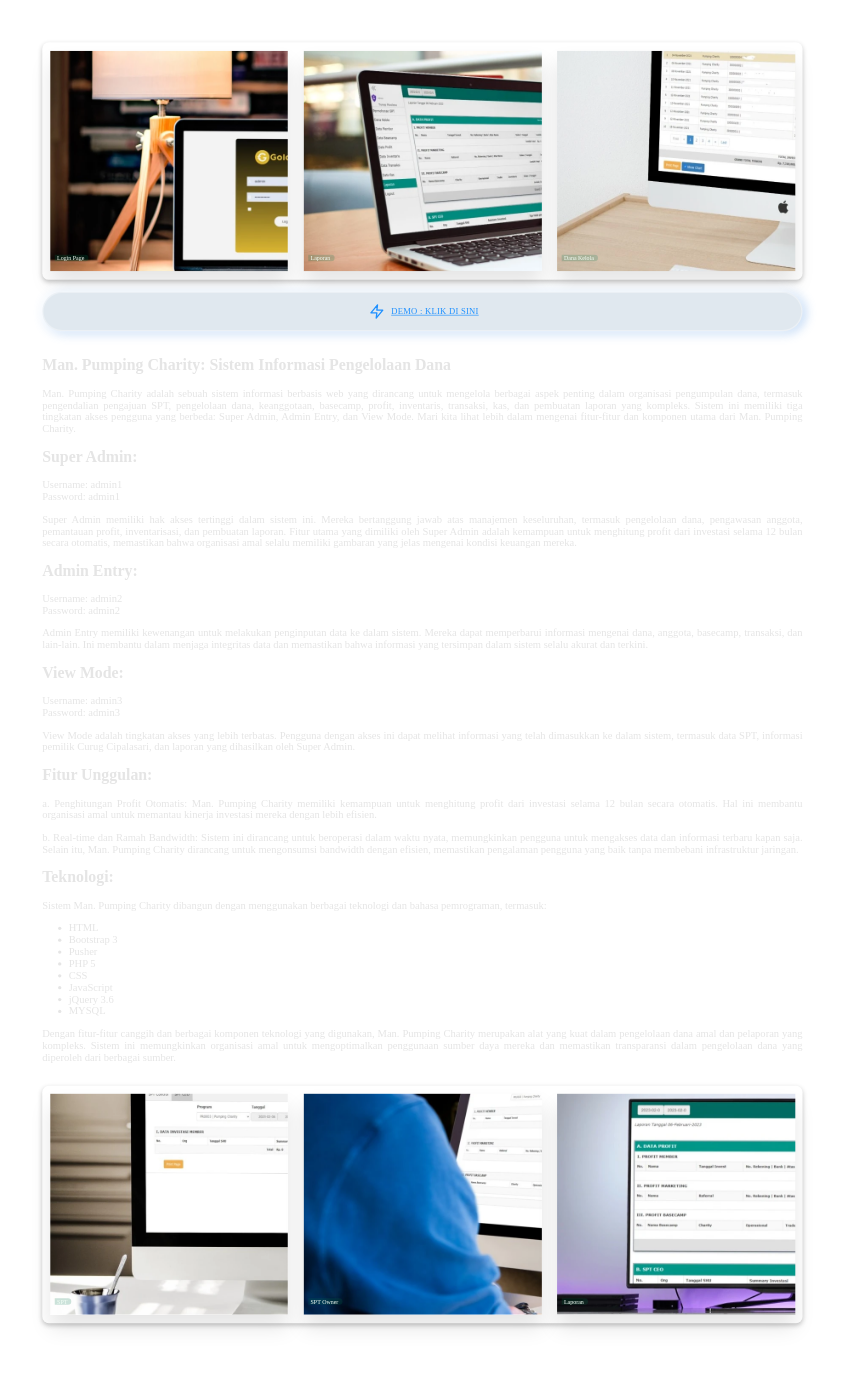
Repository: yusup-maulana/yusup-maulana.github.io
Page: portofolio-manpumping.html
An editor plug-in stored every save of this project. The page is shown before and after the next save, followed by the edit.
The browser window is 1280 px wide. The pictures show the whole page, at 66% of full size.
Some web fonts or font styles are not loaded; a fallback is used.

Above is the page before, as saved 2023-10-06 21:53:45.

After the next save:
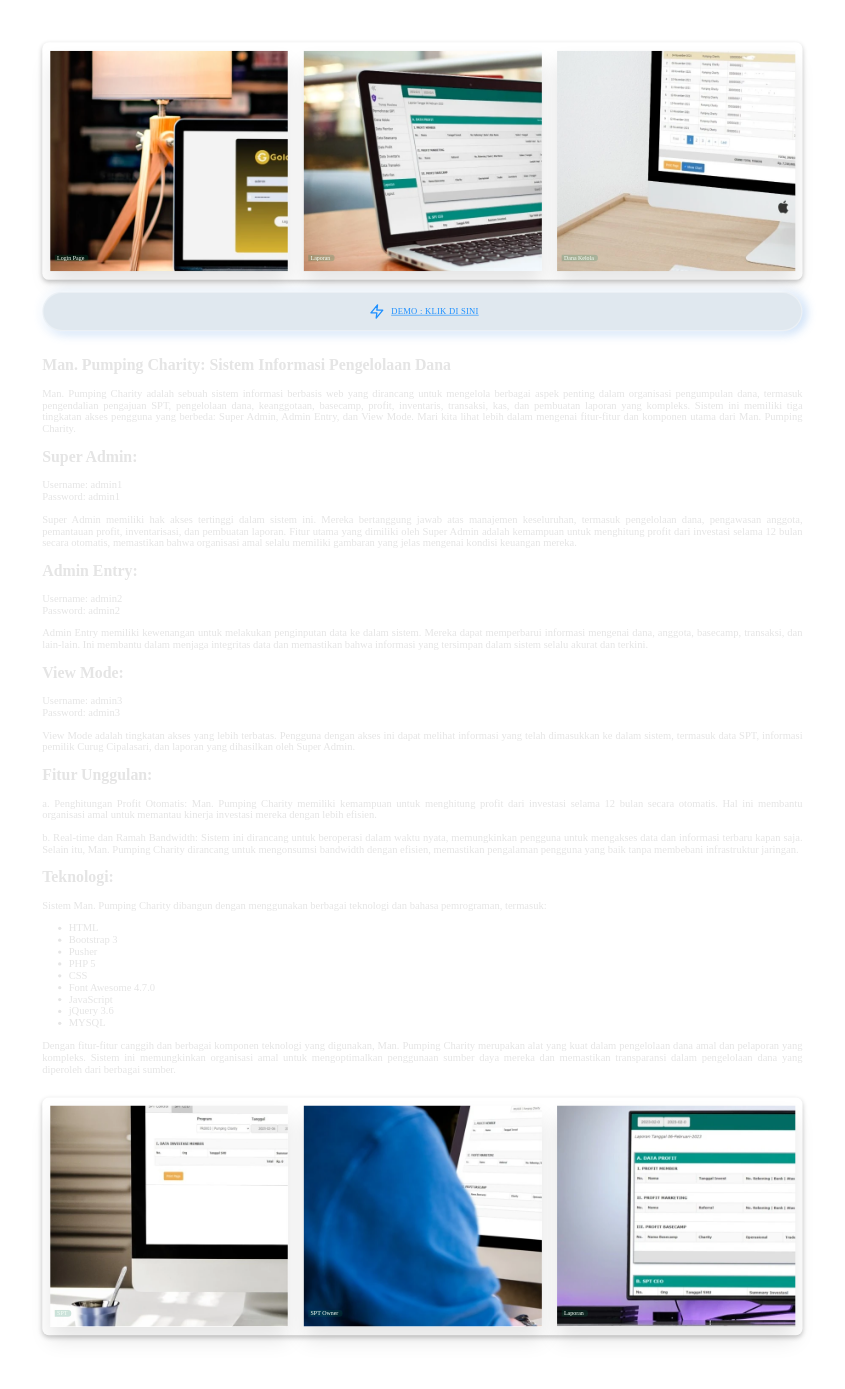
Saved 13 s later.
--- a/portofolio-manpumping.html
+++ b/portofolio-manpumping.html
@@ -235,6 +235,7 @@
     <li>Pusher</li>
     <li>PHP 5</li>
     <li>CSS</li>
+    <li>Font Awesome 4.7.0</li>
     <li>JavaScript</li>
     <li>jQuery 3.6</li>
     <li>MYSQL</li>
